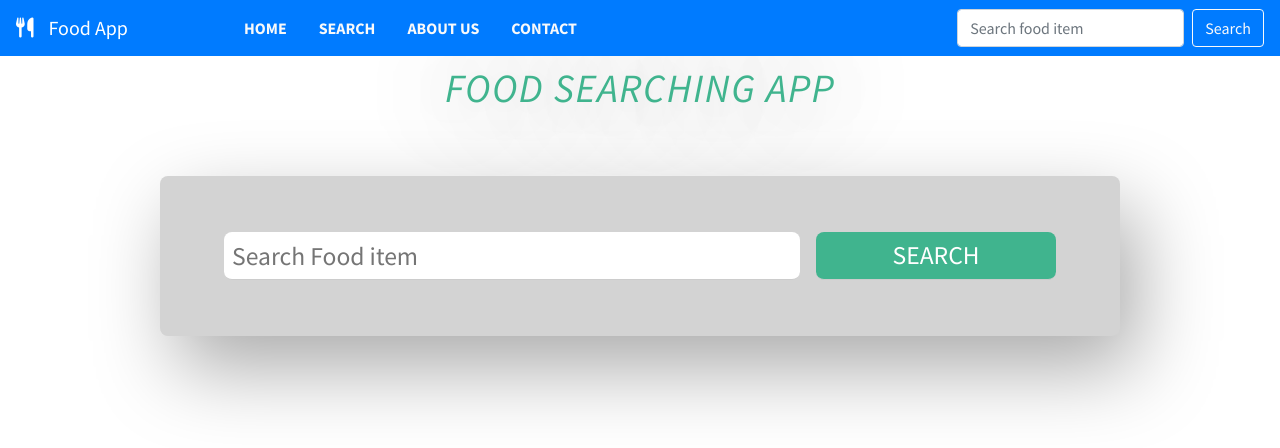
Repository: priyavmehta/React-Food-Recipe-App
Page: /
These files come from the project's save history. The page is drawn as it stood at one moment and after the next save; the edit follows.
The browser window is 1280 px wide. The pictures show the whole page.
Some web libraries are served in a nearby version. The project was rebuilt for these pictures with package versions that can differ from the ones it lists, and the page was loaded fresh each time. Also part of the build but not shown: src/Components/RecipeDetails.js, src/Components/Recipe.js, src/Components/Alert.js.

Above is the page before, as saved 2020-07-11 23:22:15.

After the next save:
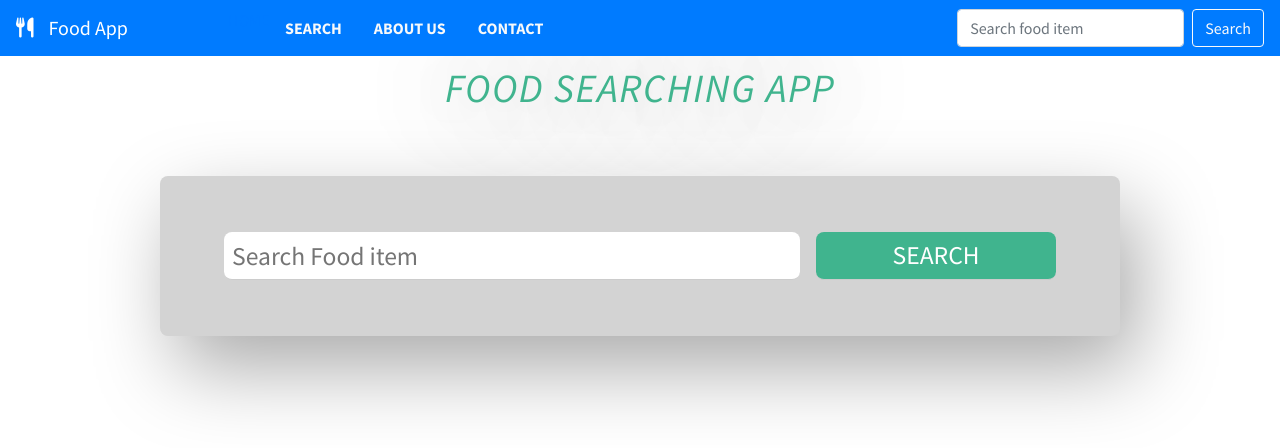
Saved 2 min 1 s later.
--- a/src/Components/Navbar.js
+++ b/src/Components/Navbar.js
@@ -29,7 +29,7 @@
              <div className="collapse navbar-collapse justify-content-between" id="nav">
                 <ul className="navbar-nav">
                     <li className="nav-item" >
-                        <a className="nav-link text-light font-weight-bold px-3" href="#">HOME</a>
+                        <a href="#">HOME</a>
                     </li>
                     <li className="nav-item" >
                         <a className="nav-link text-light font-weight-bold px-3" href="#">SEARCH</a>

After the 2 saves that followed:
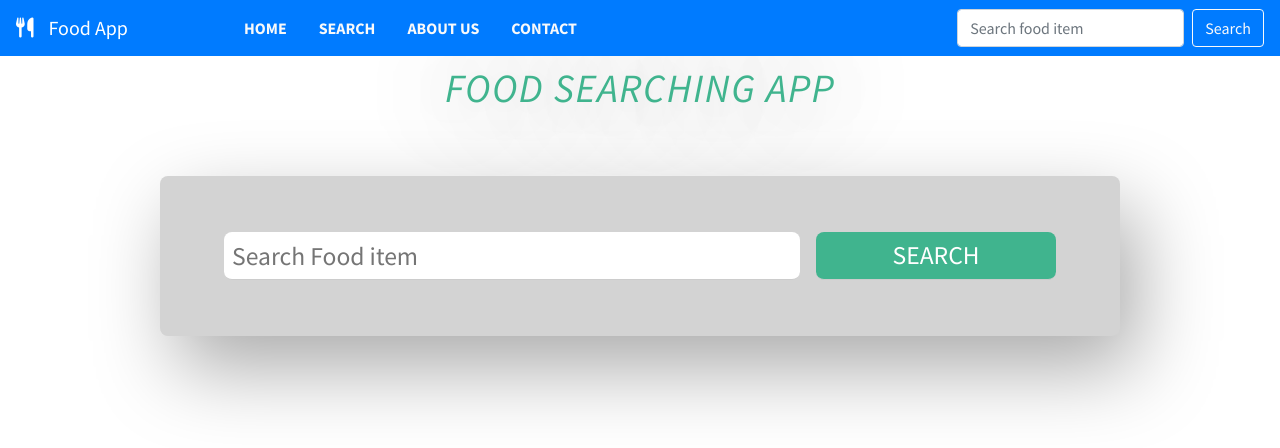
The 2 saves are shown as one change because they came seconds apart.
The last was saved 18 s later.
--- a/src/Components/Navbar.js
+++ b/src/Components/Navbar.js
@@ -29,7 +29,7 @@
              <div className="collapse navbar-collapse justify-content-between" id="nav">
                 <ul className="navbar-nav">
                     <li className="nav-item" >
-                        <a href="#">HOME</a>
+                        <a className="nav-link text-light font-weight-bold px-3" href="#">HOME</a>
                     </li>
                     <li className="nav-item" >
                         <a className="nav-link text-light font-weight-bold px-3" href="#">SEARCH</a>
